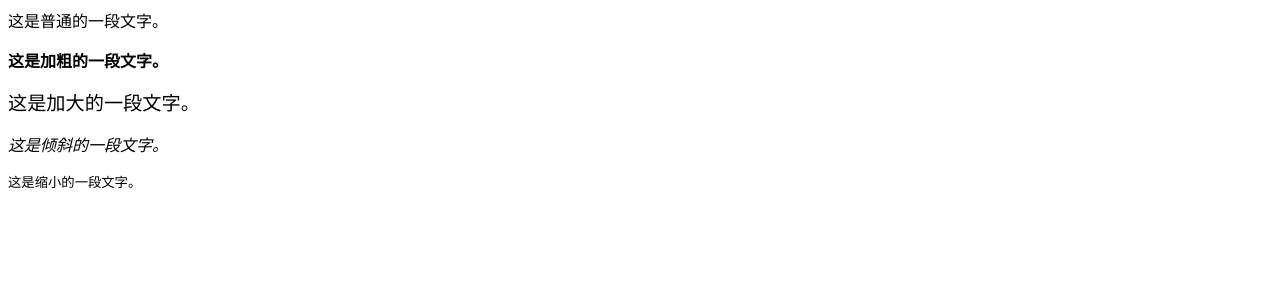
Repository: Yeyuehuke/Webstudy-Feidian
Page: 01-HTMLlearning/02-HTMLBasics/02-TextFormatting.html
These files come from the project's save history. The page is drawn as it stood at one moment and after a run of saves; the edit follows.
The browser window is 1280 px wide. The pictures show the whole page.

Above is the page before, as saved 2020-05-17 08:00:09.

After the next 2 saves:
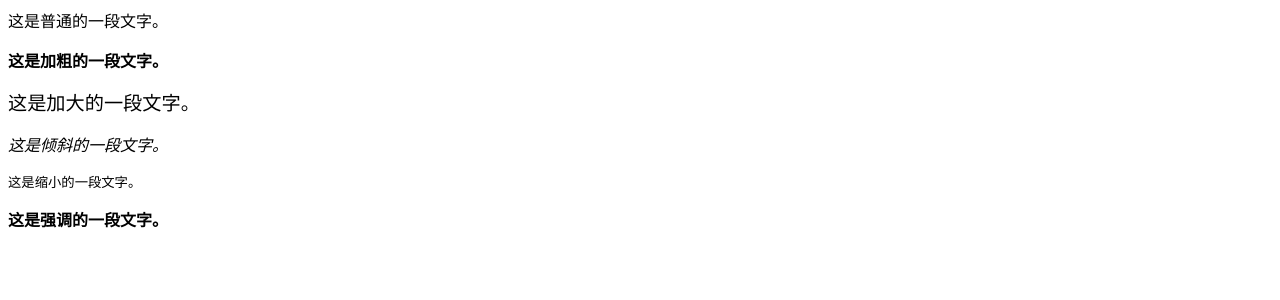
The 2 saves are shown as one change because they came seconds apart.
The last was saved 11 s later.
--- a/01-HTMLlearning/02-HTMLBasics/02-TextFormatting.html
+++ b/01-HTMLlearning/02-HTMLBasics/02-TextFormatting.html
@@ -9,6 +9,6 @@
         <p><big>这是加大的一段文字。</big></p>
         <p><i>这是倾斜的一段文字。</i></p>
         <p><small>这是缩小的一段文字。</small></p>
-        <p><strong></strong></p>
+        <p><strong>这是强调的一段文字。</strong></p>
     </body>
 </html>
